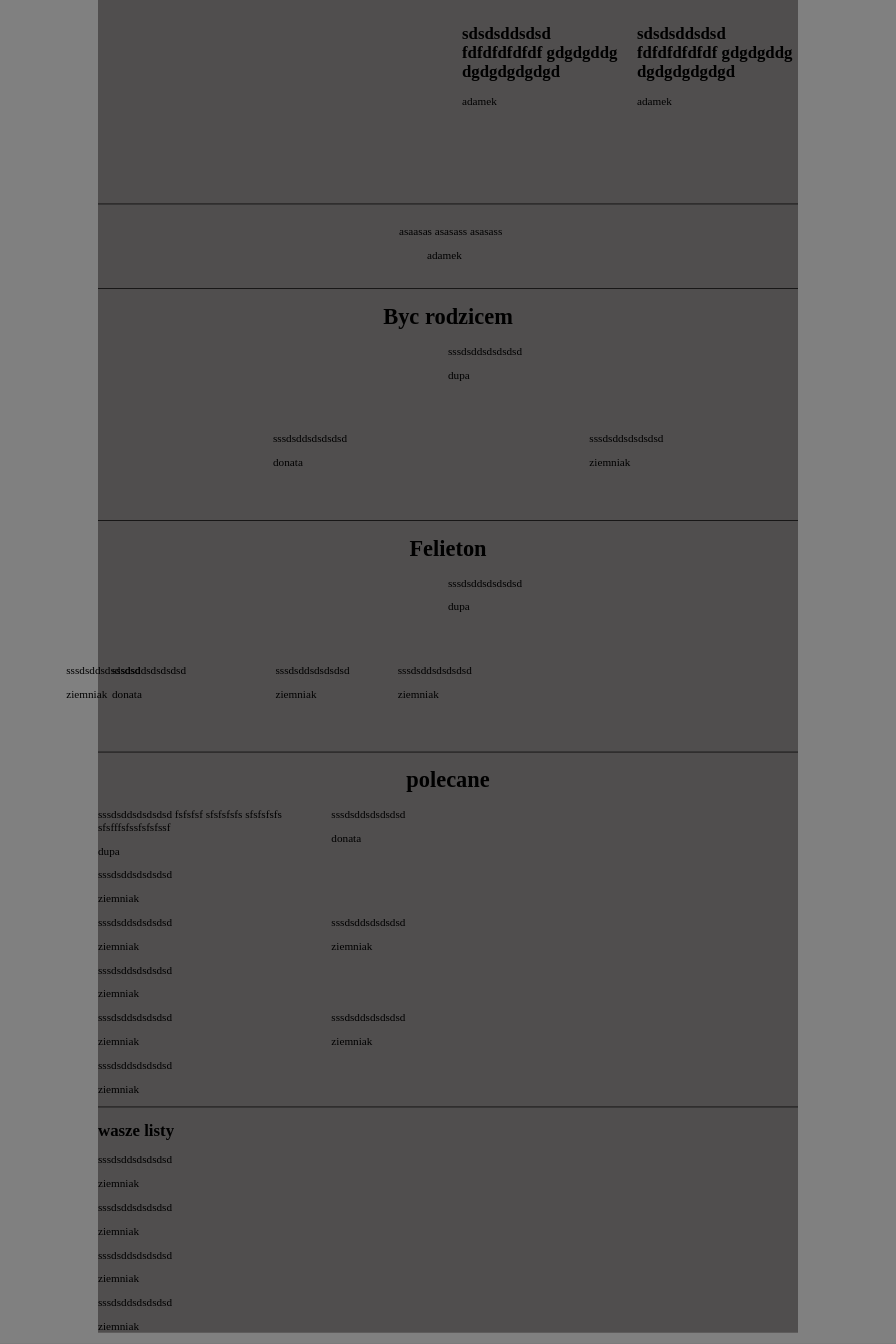
Repository: kq333/pitupitu.pl
Page: index.html
These files come from the project's save history. The page is drawn as it stood at one moment and after the next save; the edit follows.
The browser window is 1280 px wide. The pictures show the part of the page from y = 727 to 2647 px (the page is 2647 px tall before and 2629 px after), at 70% of full size.
The style sheet was rebuilt from its Sass, Less or Tailwind sources for each picture, by a compiler version that may differ from the author's.

Above is the page before, as saved 2020-11-04 11:30:37.

After the next save:
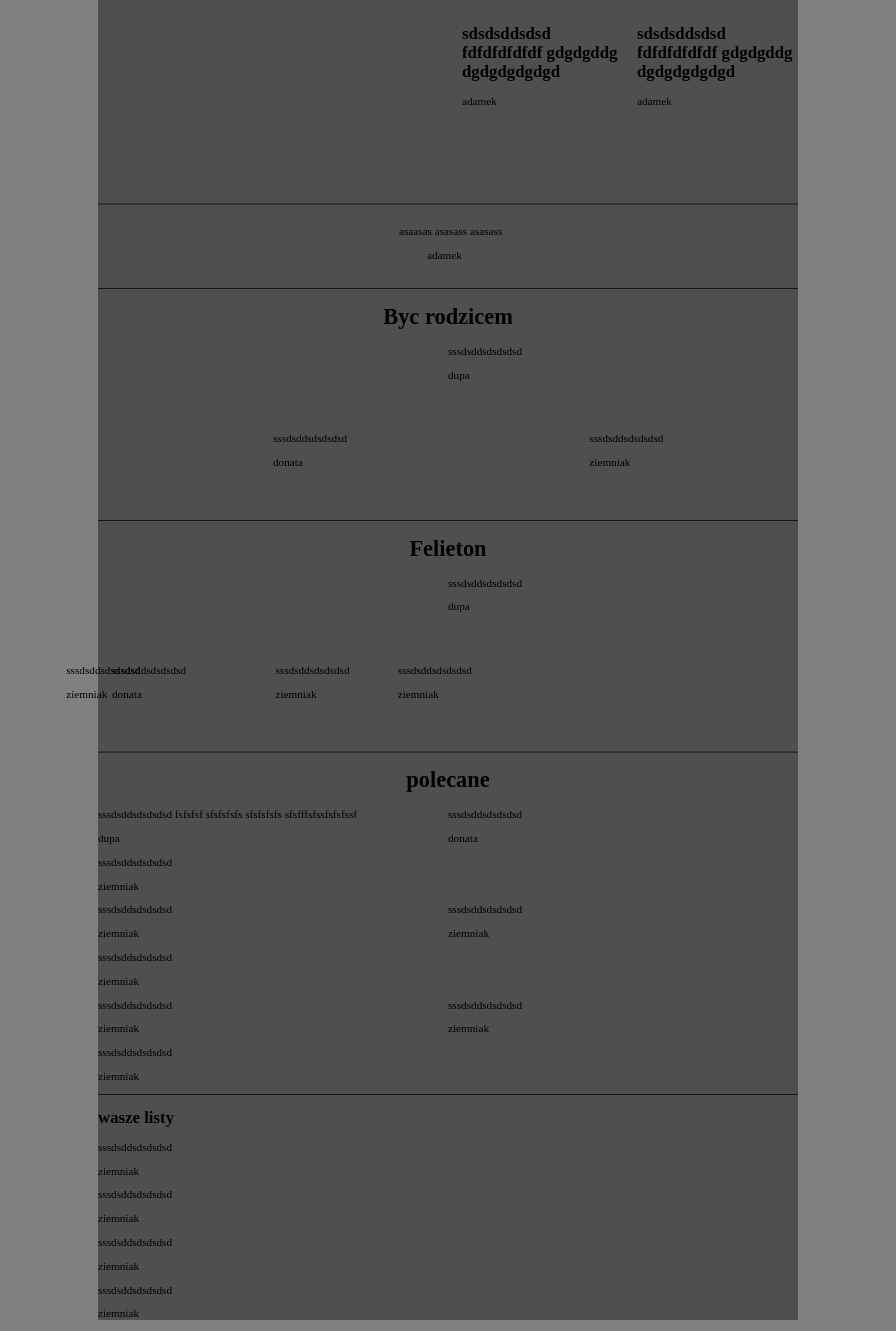
Saved 15 s later.
--- a/style/style.scss
+++ b/style/style.scss
@@ -157,7 +157,7 @@ body{
     height: auto;
     border-bottom: 1px solid black;
     display:grid;
-    grid-template-columns: repeat(3, 1fr);
+    grid-template-columns: repeat(2, 1fr);
     grid-template-areas: " art18   art19"
                          " art20   art19"
                          " art21  art22"
